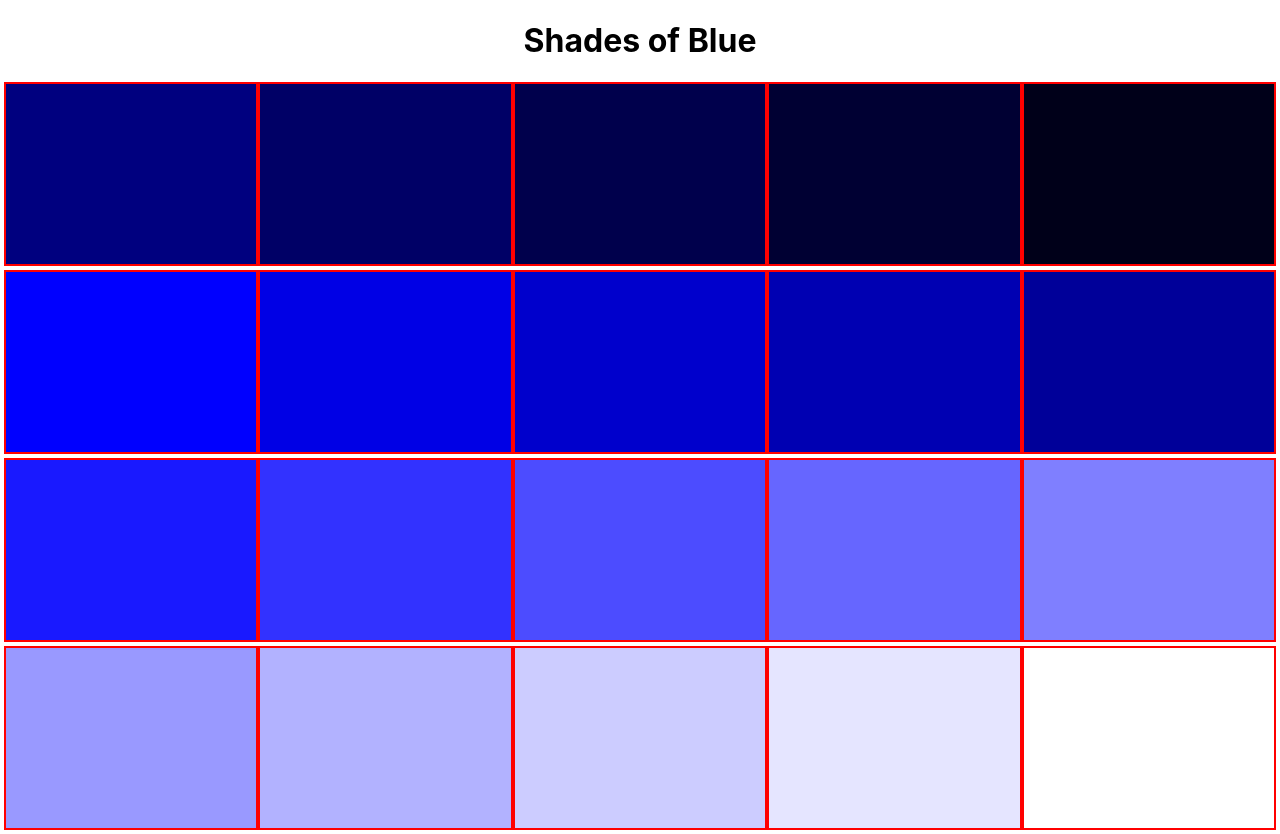
Repository: johnmutina/shades_of_blue
Page: /
An editor plug-in stored every save of this project. The page is shown before and after the next save, followed by the edit.
The browser window is 1280 px wide. The pictures show the whole page.
The project was rebuilt for these pictures with package versions that can differ from the ones it lists, and the page was loaded fresh each time.

Above is the page before, as saved 2019-06-22 15:15:13.

After the next save:
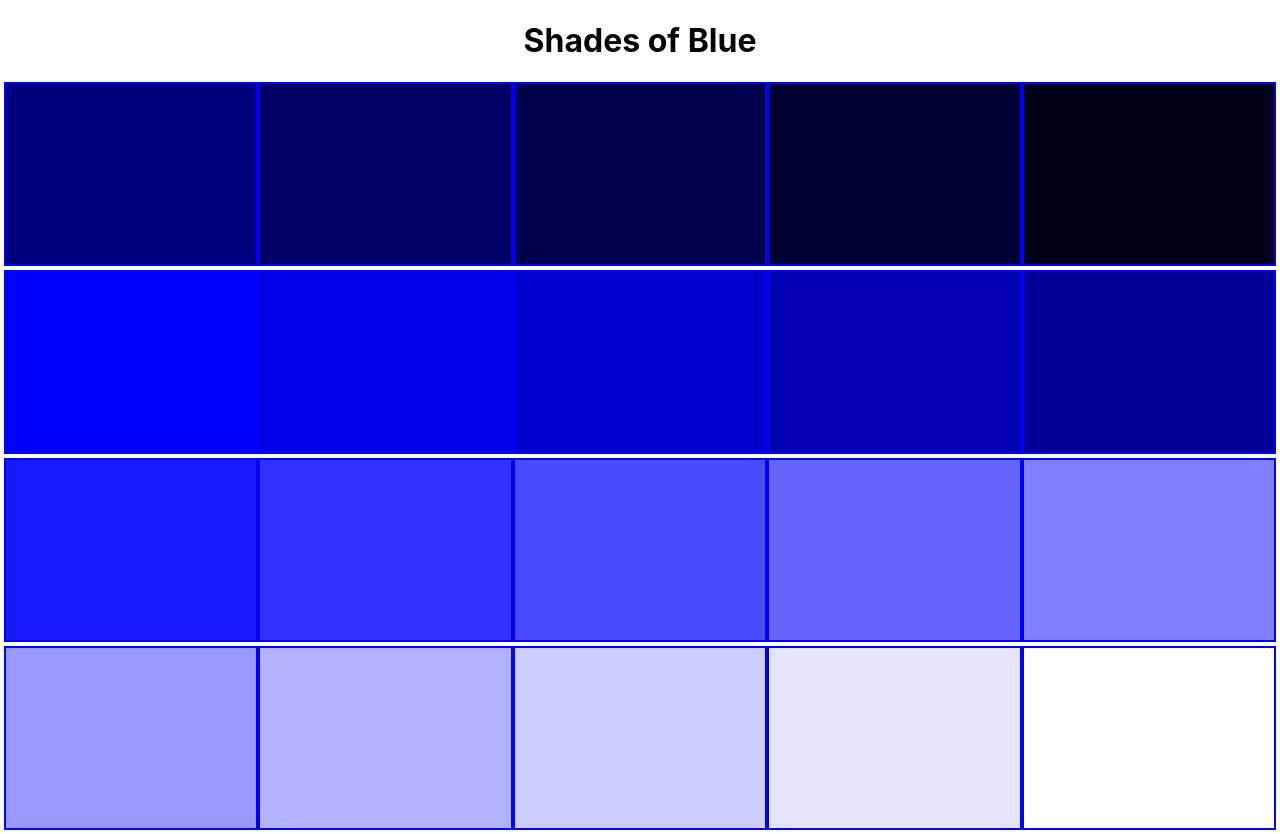
Saved 9 s later.
--- a/src/ColorBox.css
+++ b/src/ColorBox.css
@@ -4,5 +4,5 @@
     width: 19.57%;
     height: 180px;
     /* padding-top: 80px; */
-    border: 2px solid red;
+    border: 2px solid blue;
 }
